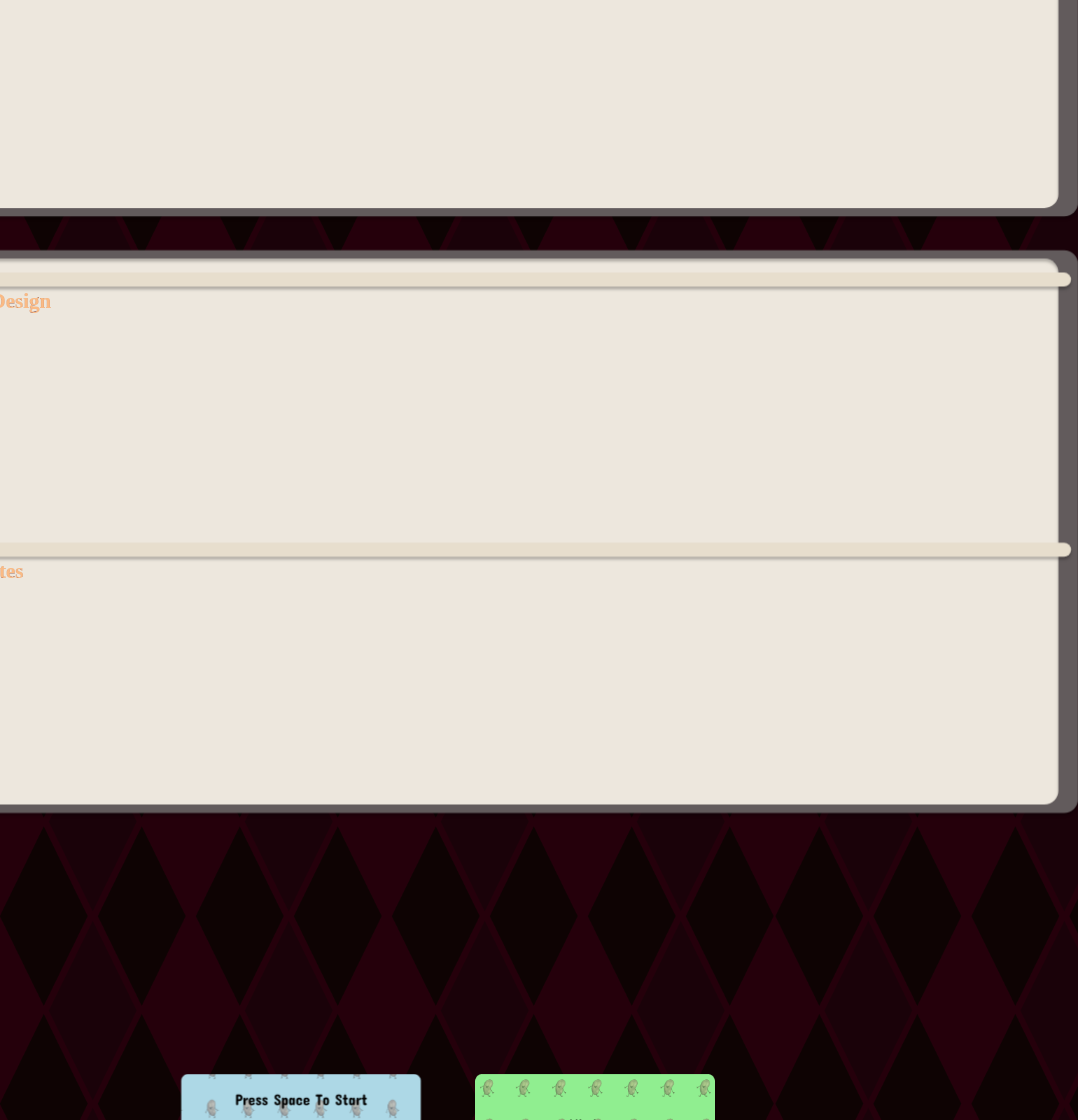
Repository: EMP-ChristinaC/Portfolio
Page: projects/potato-shuffle/potato.html
An editor plug-in stored every save of this project. The page is shown before and after the next save, followed by the edit.
The browser window is 1280 px wide. The page is 1540 px wide, so the pictures cover 1540 px, including what lies to the right of the window. The pictures show the part of the page from y = 1490 to 3090 px (the page is 6194 px tall), at 70% of full size.
Some web fonts or font styles are not loaded; a fallback is used.

Above is the page before, as saved 2024-12-08 19:54:29.

After the next save:
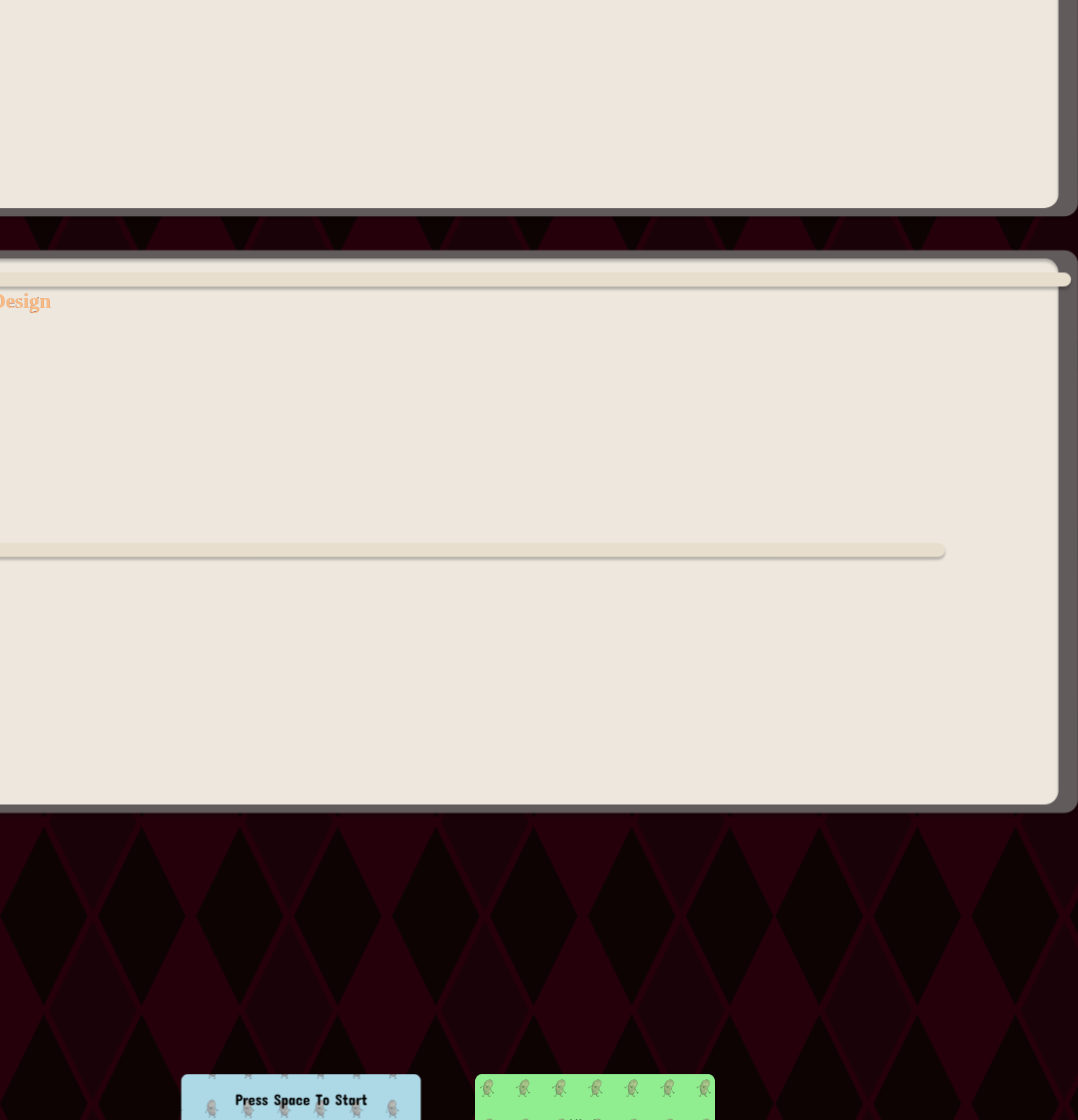
Saved 6 s later.
--- a/projects/potato-shuffle/potato.css
+++ b/projects/potato-shuffle/potato.css
@@ -146,7 +146,7 @@
 .box-outline-heading-three-potato {
     /* transform: translate(-50%, 1900%); */
     top: 52%;
-    left: 5%;
+    left: -5%;
 }
 
 .box-outline-heading-four-potato {
